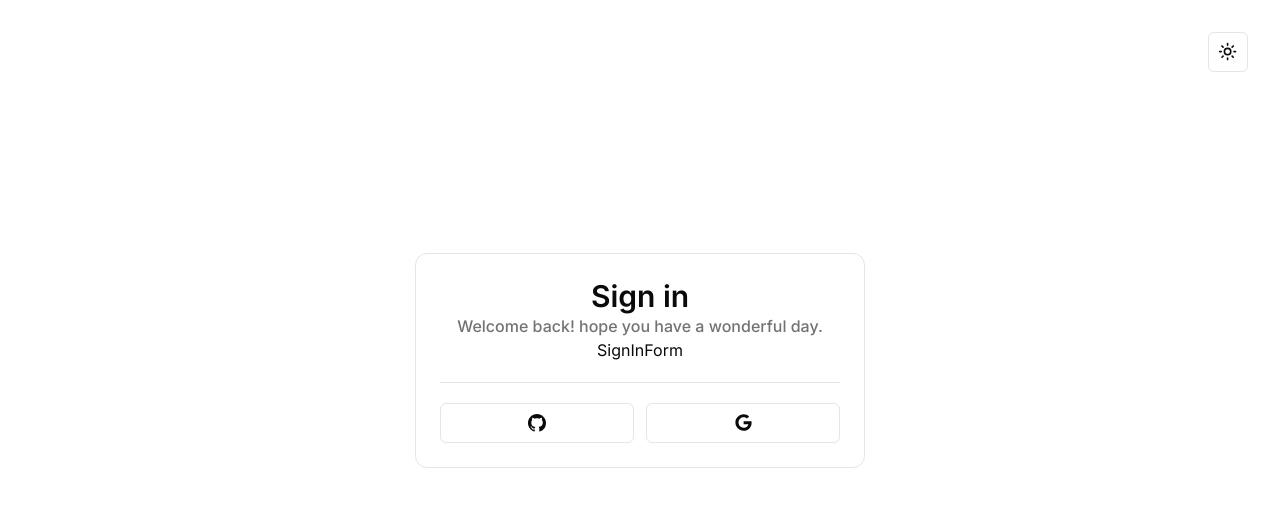
Repository: nickgoel31/authentication-toolkit
Page: /sign-in
An editor plug-in stored every save of this project. The page is shown before and after a run of saves, followed by the edit.
The browser window is 1280 px wide. The pictures show the whole page.
The project was rebuilt for these pictures with package versions that can differ from the ones it lists, and the page was loaded fresh each time. The framework's server and built-in components were replaced by stand-ins that run in the browser. Also part of the build but not shown: next.config.mjs.

Above is the page before, as saved 2024-02-04 13:28:12.

After the next 2 saves:
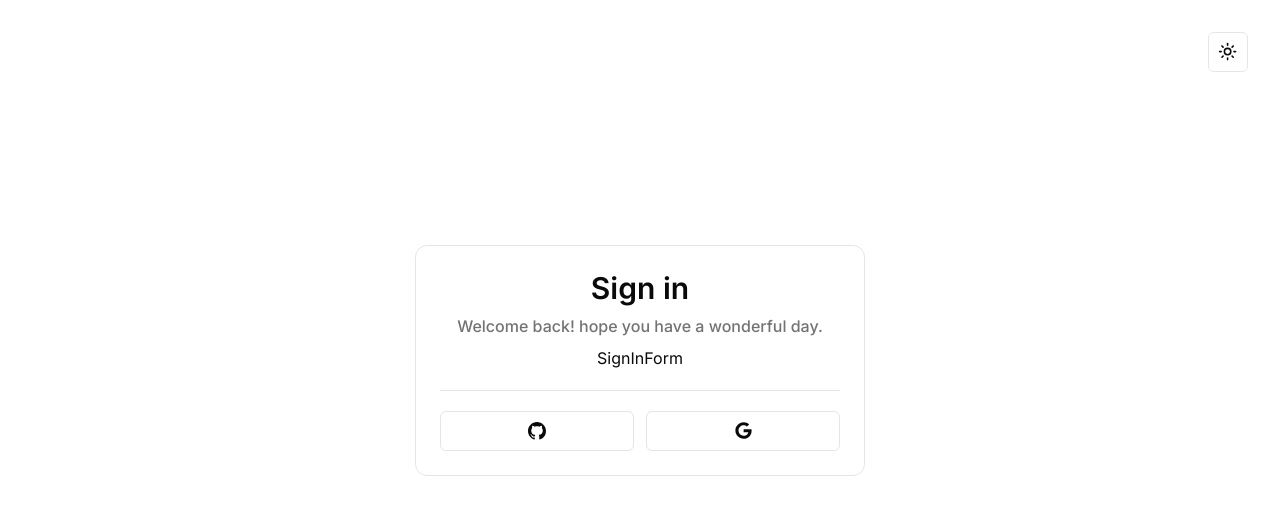
The 2 saves are shown as one change because they came seconds apart.
The last was saved 23 s later.
--- a/components/auth/form-wrapper.tsx
+++ b/components/auth/form-wrapper.tsx
@@ -15,10 +15,12 @@ interface FormWrapperProps {
 const FormWrapper = ({children, title, tag, backHref, backLabel, showSocial=false} : FormWrapperProps) => {
   return (
     <div className='flex flex-col items-center justify-center text-center p-6 border w-[450px] rounded-xl'>
-        <h2 className='text-3xl font-semibold'>{title}</h2>
-        <p className='text-muted-foreground font-medium'>{tag}</p>
-        {children}
+        <div className='flex flex-col gap-2'>
+            <h2 className='text-3xl font-semibold'>{title}</h2>
+            <p className='text-muted-foreground font-medium'>{tag}</p>
+            {children}
 
+        </div>
         <div className='w-full'>
             {showSocial && (
                 <>
